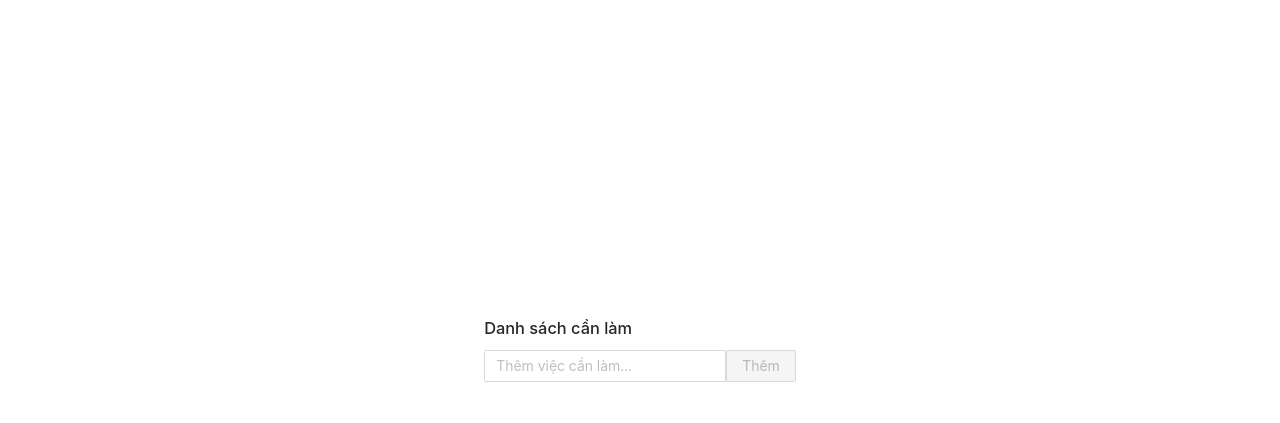
Repository: tiendungjr123/Todo-App
Page: /
An editor plug-in stored every save of this project. The page is shown before and after the next save, followed by the edit.
The browser window is 1280 px wide. The pictures show the whole page.
The project was rebuilt for these pictures with package versions that can differ from the ones it lists, and the page was loaded fresh each time. Also part of the build but not shown: src/component/Todo.jsx.

Above is the page before, as saved 2022-09-22 11:23:54.

After the next save:
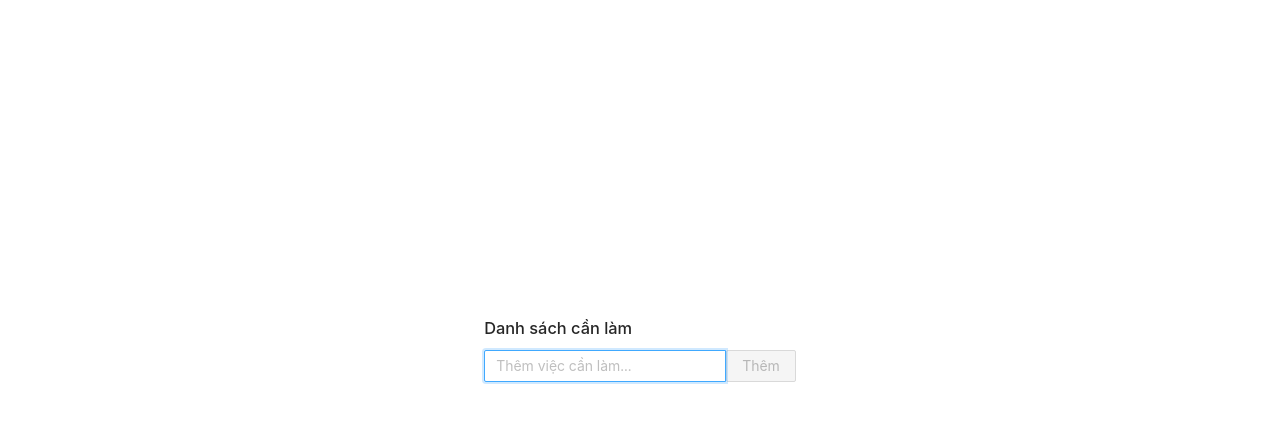
Saved 61 s later.
--- a/src/App.js
+++ b/src/App.js
@@ -27,6 +27,7 @@ function App() {
         }}
       >
         <Input
+          autoFocus
           placeholder="Thêm việc cần làm..."
           value={textInput}
           onChange={onchangeText}
